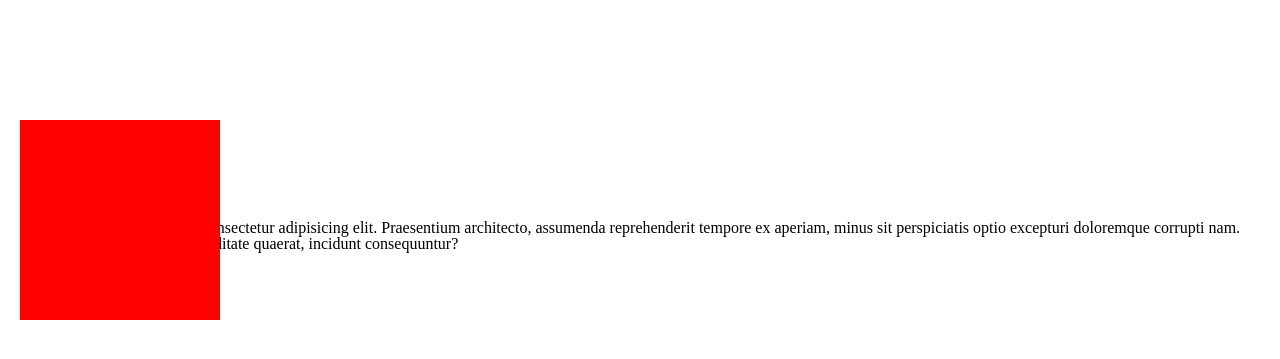
Repository: hoang71299/fe_26
Page: noti/index.html
These files come from the project's save history. The page is drawn as it stood at one moment and after the next save; the edit follows.
The browser window is 1280 px wide. The pictures show the whole page.

Above is the page before, as saved 2023-04-07 00:18:42.

After the next save:
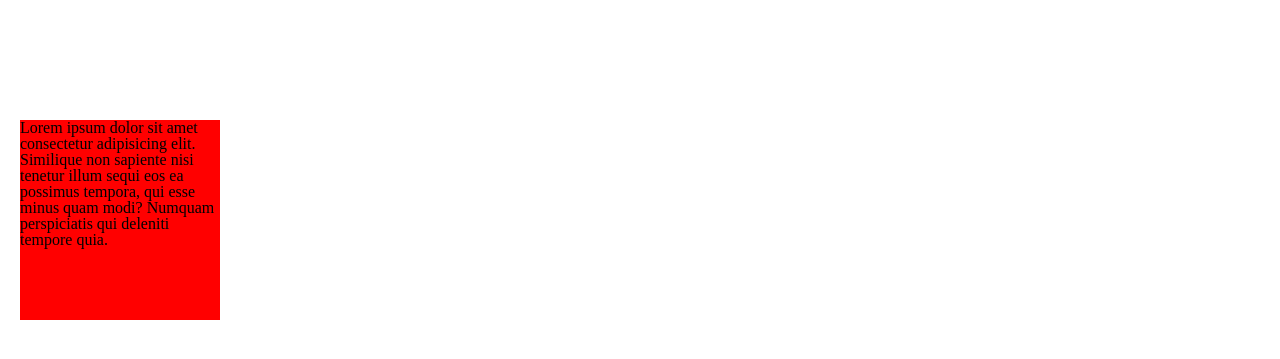
Saved 13 h 0 min later.
--- a/noti/index.html
+++ b/noti/index.html
@@ -8,7 +8,8 @@
   <link rel="stylesheet" href="style.css">
 </head>
 <body>
-  <div class="box"></div>
-  <p>Lorem ipsum dolor sit amet consectetur adipisicing elit. Praesentium architecto, assumenda reprehenderit tempore ex aperiam, minus sit perspiciatis optio excepturi doloremque corrupti nam. Totam maxime reiciendis cupiditate quaerat, incidunt consequuntur?</p>
+  <div class="box">
+    <p>Lorem ipsum dolor sit amet consectetur adipisicing elit. Similique non sapiente nisi tenetur illum sequi eos ea possimus tempora, qui esse minus quam modi? Numquam perspiciatis qui deleniti tempore quia.</p>
+  </div>
 </body>
 </html>
